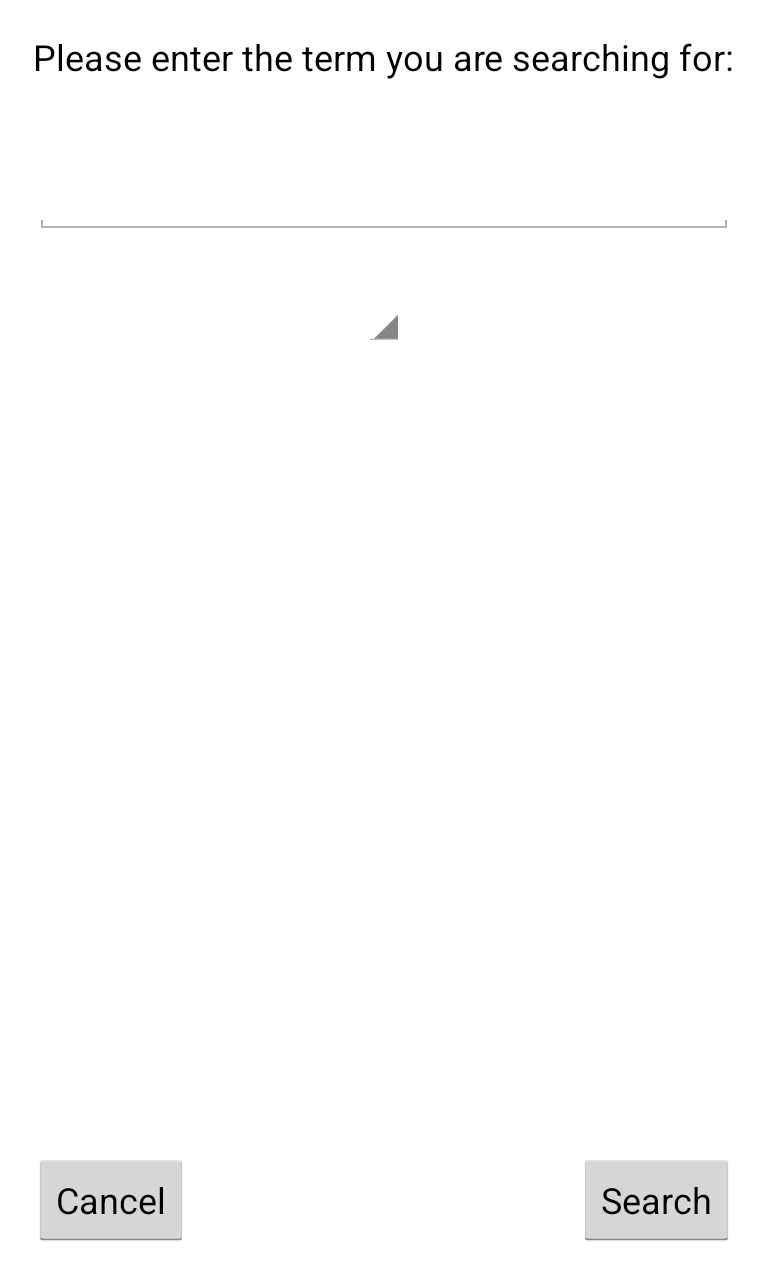
Repository: seth-skocelas/PHMS
Layout: PHMS/res/layout/activity_search.xml
The author's editor kept a copy of each file at every save. The layout is drawn from the files as they stood at one save, then again after the next save.
It is drawn on a 768 x 1280 px phone screen (xhdpi) without system bars, with theme AppTheme; the app's code is not run.

Above is the layout before, as saved 2014-04-07 04:51:48.

After the next save:
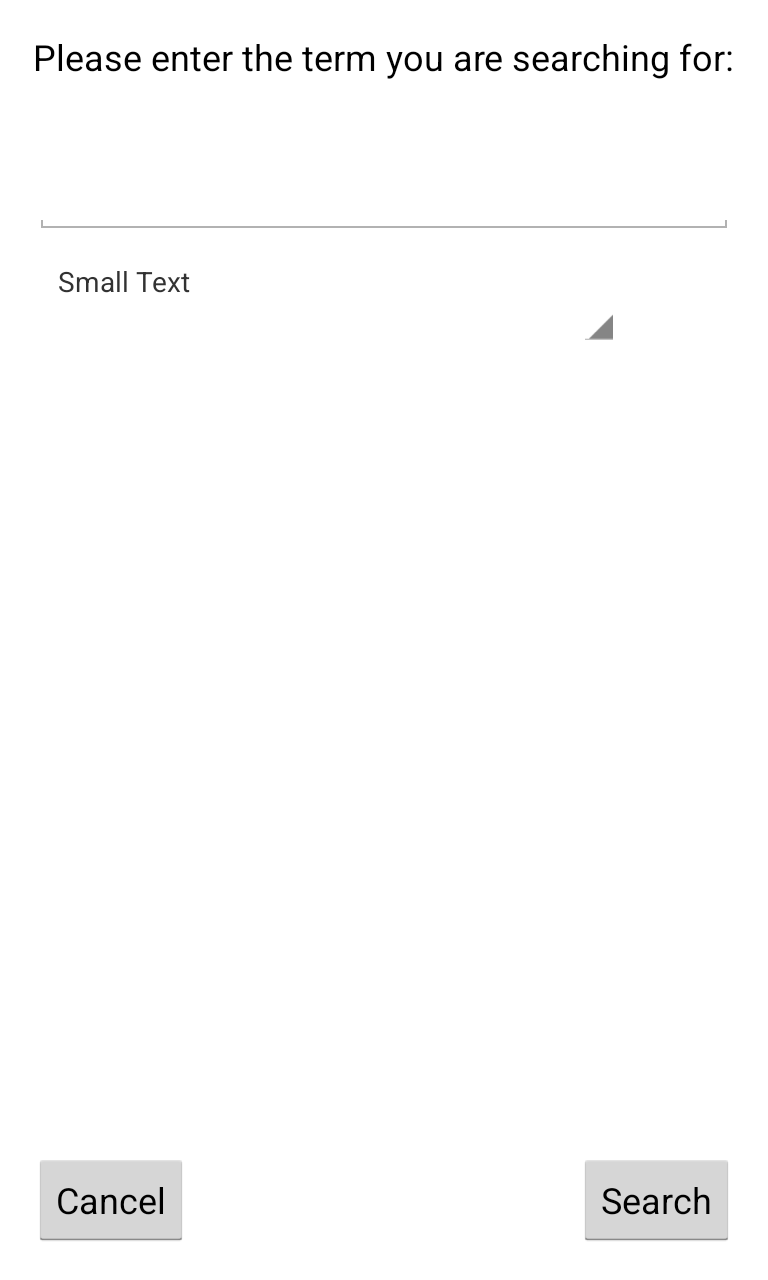
Saved 3 min 23 s later.
--- a/PHMS/res/layout/activity_search.xml
+++ b/PHMS/res/layout/activity_search.xml
@@ -47,8 +47,18 @@
         android:id="@+id/spinner1"
         android:layout_width="wrap_content"
         android:layout_height="wrap_content"
+        android:layout_alignLeft="@+id/button2"
         android:layout_below="@+id/editText1"
-        android:layout_centerHorizontal="true"
         android:layout_marginTop="24dp" />
 
+    <TextView
+        android:id="@+id/textView2"
+        android:layout_width="wrap_content"
+        android:layout_height="wrap_content"
+        android:layout_alignBottom="@+id/spinner1"
+        android:layout_alignRight="@+id/button1"
+        android:layout_marginBottom="24dp"
+        android:text="Small Text"
+        android:textAppearance="?android:attr/textAppearanceSmall" />
+
 </RelativeLayout>
--- a/PHMS/res/values/strings.xml
+++ b/PHMS/res/values/strings.xml
@@ -55,6 +55,7 @@
     <string name="save">Save</string>
     <string name="title_activity_search">SearchActivity</string>
     <string name="searchInstructions">Please enter the term you are searching for:</string>
+    <string name="searchType">Please select search type:</string>
     <string name="search">Search</string>
     <string-array name="searchchoices">
         <item>Ad-Hoc</item>
